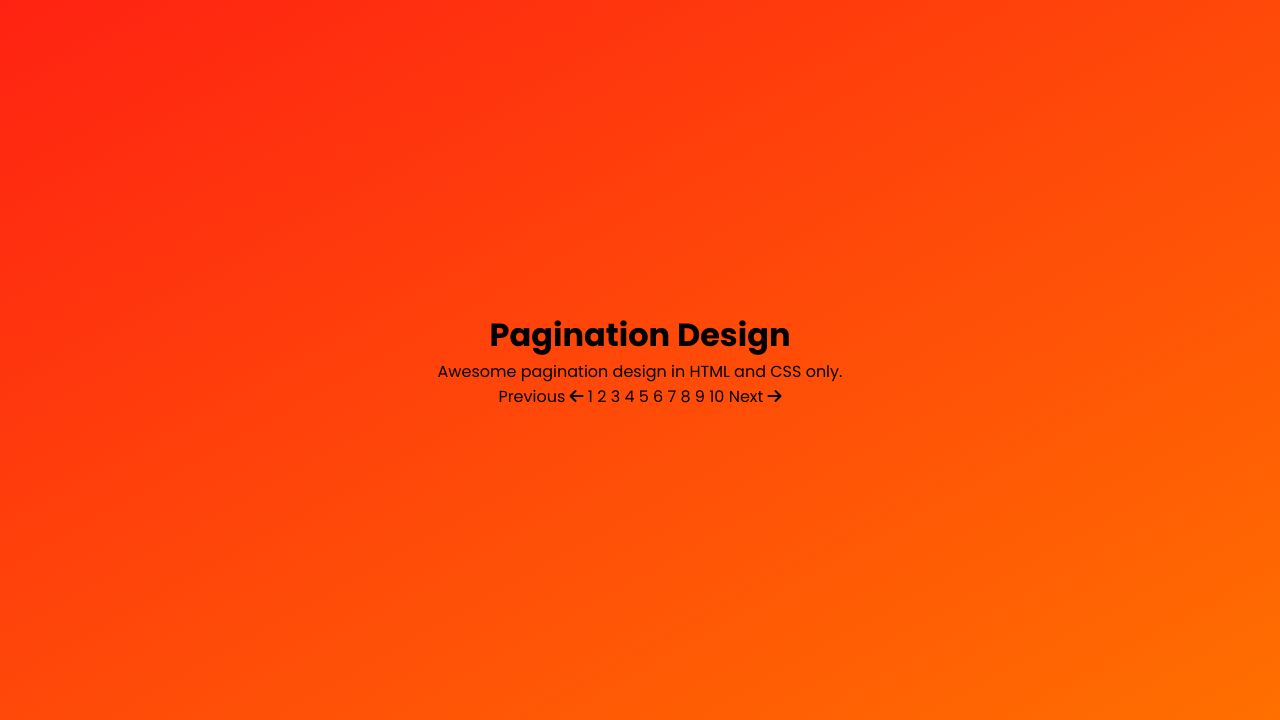
Repository: Ankitkr2021/Awesome-Pagination
Page: index.html
The author's editor kept a copy of each file at every save. The page is drawn from the files as they stood at one save, then again after the next save.
The browser window is 1280 px wide. The pictures show the whole page.

Above is the page before, as saved 2025-10-02 08:55:30.

### index.html
<!DOCTYPE html>
<html lang="en">
<head>
    <meta charset="UTF-8">
    <meta name="viewport" content="width=device-width, initial-scale=1.0">
    <title>Document</title>
    <link rel="stylesheet" href="https://cdnjs.cloudflare.com/ajax/libs/font-awesome/6.5.0/css/all.min.css">
    <link rel="stylesheet" href="./style.css">
</head>
<body>
    <div class="page">
        <h1>Pagination Design</h1>
        <p>Awesome pagination design in HTML and CSS only.</p>
        <div class="box">
            Previous <i class="fas fa-arrow-left"></i>
            1
            2
            3
            4
            5
            6
            7
            8
            9
            10
            Next <i class="fas fa-arrow-right"></i>
        </div>
    </div>
</body>
</html>

### style.css
@import url("https://fonts.googleapis.com/css2?family=Poppins:wght@300;400;500;600;700&display=swap");

*{
    margin: 0;
    padding: 0;
    box-sizing: border-box;
    font-family: "Poppins",sans-serif;
}

body{
    display: flex;
   justify-content: center;
   align-items: center;
    height: 100vh;
    width: 100%;
    background: linear-gradient(to bottom right, rgb(255, 34, 18), rgb(255, 111, 0));
}

.page{
   display: flex;
   justify-content: center;
   align-items: center;
   flex-direction: column;
}

After the next save:
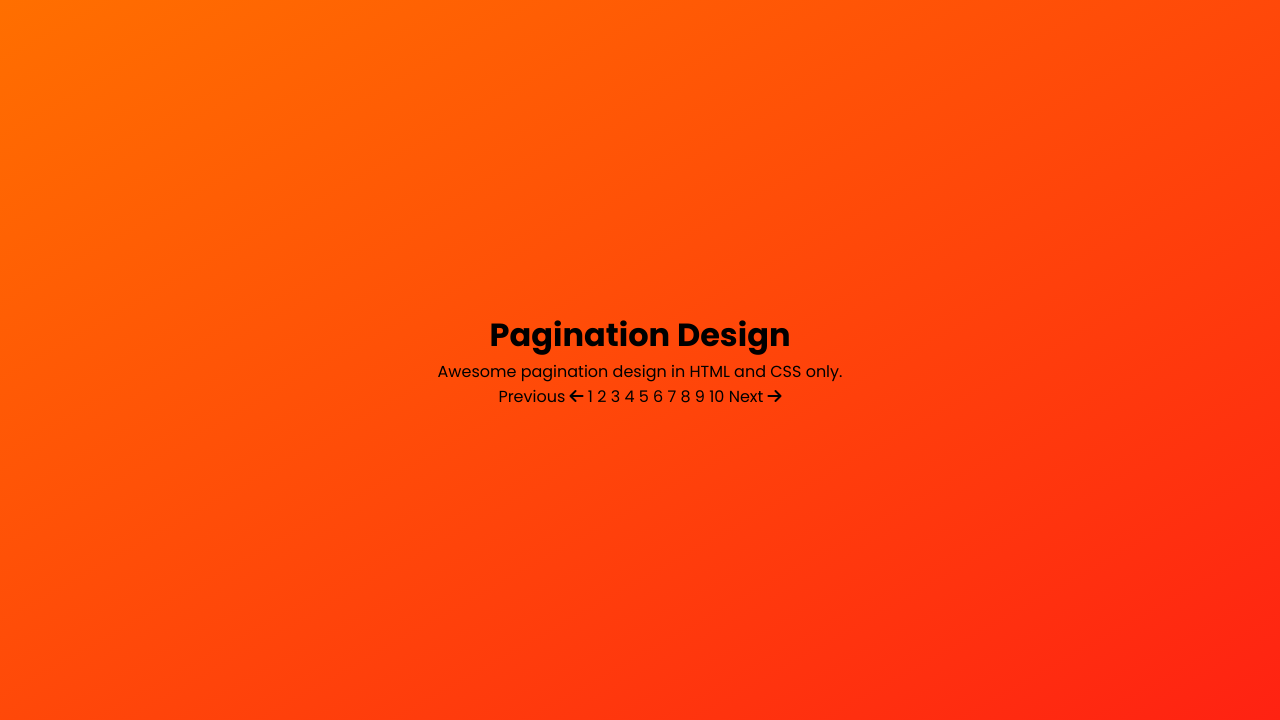
Saved 30 s later.
--- a/style.css
+++ b/style.css
@@ -13,7 +13,7 @@ body{
    align-items: center;
     height: 100vh;
     width: 100%;
-    background: linear-gradient(to bottom right, rgb(255, 34, 18), rgb(255, 111, 0));
+    background: linear-gradient(to bottom right, rgb(255, 111, 0), rgb(255, 34, 18));
 }
 
 .page{
